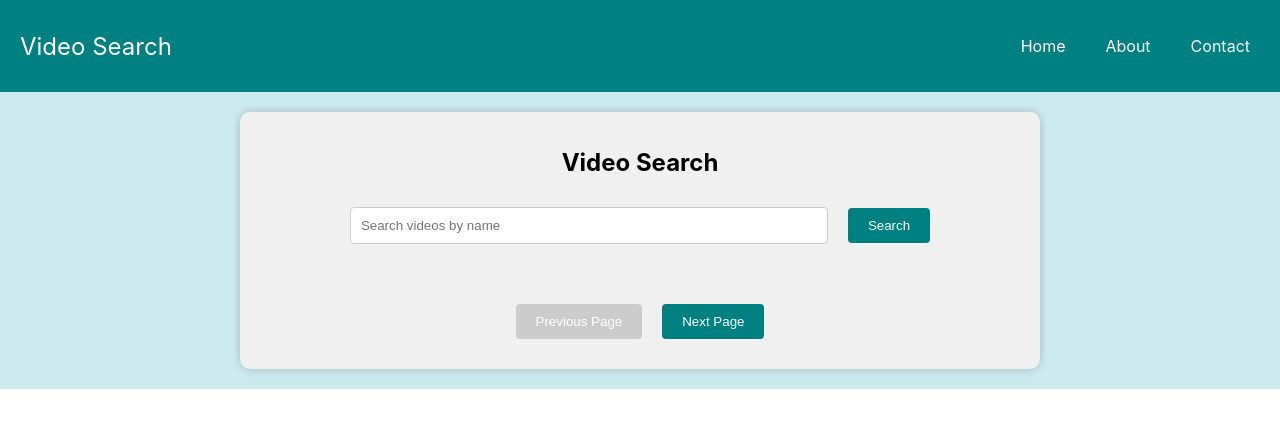
Repository: LolaSL/video-search
Page: /
The author's editor kept a copy of each file at every save. The page is drawn from the files as they stood at one save, then again after a run of saves.
The browser window is 1280 px wide. The pictures show the whole page.
The project was rebuilt for these pictures with package versions that can differ from the ones it lists, and the page was loaded fresh each time.

Above is the page before, as saved 2023-08-12 14:24:28.

### src/App.js
import React from 'react';
import './App.css';
import VideoSearch from './VideoSearch.jsx';
import Navbar from './Navbar.jsx';
import { BrowserRouter as Router } from 'react-router-dom';

function App() {
  return (
    <Router>
      <div className="App">
        <Navbar />
        <div className="container">
          <VideoSearch />
        </div>
      </div>
    </Router>
  );
}

export default App;

### src/App.css
.App {
  text-align: center;
  text-shadow: 1px 1px solid grey;
  background: #cdeaef;
h
}

.container {
  max-width: 800px;
  margin: 0 auto;
  padding: 20px;
}

h1 {
  font-size: 24px;
  margin-bottom: 20px;
}

input[type="text"] {
  padding: 10px;
  width:60%;
  margin: 10px;
  border: 1px solid #ccc;
  border-radius: 4px;
}

.video-search-container {
  max-width: 800px;
  margin: 0 auto;
  padding: 20px;
  background-color: #f0f0f0;
  border-radius: 10px;
  box-shadow: 0 0 10px rgba(0, 0, 0, 0.2);
}

/* Video List */
.video-list {
  display: grid;
  grid-template-columns: repeat(auto-fill, minmax(300px, 1fr));
  gap: 20px;
  margin-top: 20px;
}

/* Video Item */
.video-item {
  background-color: #ffffff;
  border-radius: 10px;
  box-shadow: 0 4px 6px rgba(0, 0, 0, 0.1);
}


.video-container {
  position: relative;
  overflow: hidden;
  padding-top: 56.25%;
}


.video-frame {
  position: absolute;
  top: 0;
  left: 0;
  width: 100%;
  height: 100%;
}

.video-iframe {
  width: 100%;
  height: 100%;
  border: none;
}

button {
  margin: 10px;
  padding: 10px 20px;
  background: teal;
  color: #fff;
  border: none;
  border-radius: 4px;
  cursor: pointer;
}

button:disabled {
  background-color: #ccc;
  cursor: not-allowed;
}

iframe {
  width: 100%;
  height: 415px;
  border: none;
  margin-top: 15px;
}

.video-item {
  margin: 20px 0;
  padding: 20px;
  border: 1px solid #ccc;
  border-radius: 4px;
}

.video-title {
  font-size: 18px;
  margin-bottom: 10px;
}

.pagination {
  margin-top: 20px;
}

.pagination button {
  margin-right: 10px;
}
/* Navbar styles */
.navbar {
  display: flex;
  justify-content: space-between;
  align-items: center;
  padding: 10px 20px;
  background: teal;
  color: white;
}

.navbar-logo {
  font-size: 1.5rem;
}

.nav-toggle {
  display: none;
  background: none;
  border: none;
  color: white;
  font-size: 1rem;
  cursor: pointer;
}

.navbar-nav {
  list-style: none;
  display: flex;
  gap: 20px;
}

.nav-item {
  padding: 10px;
}

.nav-link {
  color: white;
  text-decoration: none;
}

/* Show the navigation links when the navbar is open */
.navbar-nav.open {
  display: flex;
  flex-direction: column;
  position: absolute;
  background-color: #333;
  top: 55px;
  right: 20px;
  z-index: 1000;
}


@media screen and (max-width: 768px) {

  .container {
    padding: 10px;
    margin: 30px;
  }

  input[type="text"] {
    width:80%;
    margin: 20px;
    margin-bottom: 10px;
  }

  button {
    width: 50%;
    margin-bottom: 10px;
  }

  .video-item {
    padding: 10px;
    margin: 10px 20px;
  }

  .pagination {
    text-align: center;
  }
}

### src/VideoSearch.jsx
import React, { useState } from 'react';
import axios from "axios";

const API_KEY = 'AIzaSyAZw_7fp6hzKHZ_UNfC9jRiNJBWZQnTOmM';
const CHANNEL_ID = 'CSgDjZ_Vv8g';
const RESULTS_PER_PAGE = 10;


const VideoSearch = () => {
  const [videos, setVideos] = useState([]);
  const [searchTerm, setSearchTerm] = useState('');
  const [currentPage, setCurrentPage] = useState(1);

  const searchVideos = async () => {
    try {
      const response = await axios.get(
        `https://www.googleapis.com/youtube/v3/search?key=${API_KEY}&channelId=${CHANNEL_ID}&part=snippet,id&type=video&q=${searchTerm}&maxResults=${RESULTS_PER_PAGE}&pageToken=${currentPage > 1 ? videos.length : ''}`
      );

      setVideos(response.data.items);
    } catch (error) {
      console.error('Error fetching videos:', error);
    }
  };

  const handlePageChange = (newPage) => {
    setCurrentPage(newPage);
    searchVideos();
  };

  return (
    <div className="video-search-container">
      <h1>Video Search</h1>
      <input
        type="text"
        placeholder="Search videos by name"
        value={searchTerm}
        onChange={(e) => setSearchTerm(e.target.value)}
      />
      <button onClick={() => handlePageChange(1)}>Search</button>

      <div className="video-list">
        {videos.map((video) => (
          <div key={video.id.videoId} className="video-item">
            <h2>{video.snippet.title}</h2>
            <div className="video-container">
              <div className="video-frame">
                <iframe
                  title={video.snippet.title}
                  src={`https://www.youtube.com/embed/${video.id.videoId}`}
                  className="video-iframe"
                  allowFullScreen
                ></iframe>
              </div>
            </div>
          </div>
        ))}
      </div>

      <div className="pagination">
        <button
          onClick={() => handlePageChange(currentPage - 1)}
          disabled={currentPage === 1}
        >
          Previous Page
        </button>
        <button onClick={() => handlePageChange(currentPage + 1)}>Next Page</button>
      </div>
    </div>
  );
};

export default VideoSearch;

### src/Navbar.jsx
import React, { useState } from 'react';
import { Link } from 'react-router-dom';

const Navbar = () => {
  const [isNavOpen, setIsNavOpen] = useState(false);

  const toggleNav = () => {
    setIsNavOpen(!isNavOpen);
  };

  return (
    <nav className="navbar">
      <div className="navbar-brand">
        <span className="navbar-logo">Video Search</span>
      </div>
      <button className="nav-toggle" onClick={toggleNav}>
        {isNavOpen ? 'Close' : 'Open'}
      </button>
      <ul className={`navbar-nav ${isNavOpen ? 'open' : ''}`}>
        <li className="nav-item">
          <Link to="/" className="nav-link">Home</Link>
        </li>
        <li className="nav-item">
          <Link to="/about" className="nav-link">About</Link>
        </li>
        <li className="nav-item">
          <Link to="/contact" className="nav-link">Contact</Link>
        </li>
      </ul>
    </nav>
  );
};

export default Navbar;

Loaded but not shown: public/index.html (common file); src/index.js (common file); src/index.css (common file); src/reportWebVitals.js (common file)

After the next 2 saves:
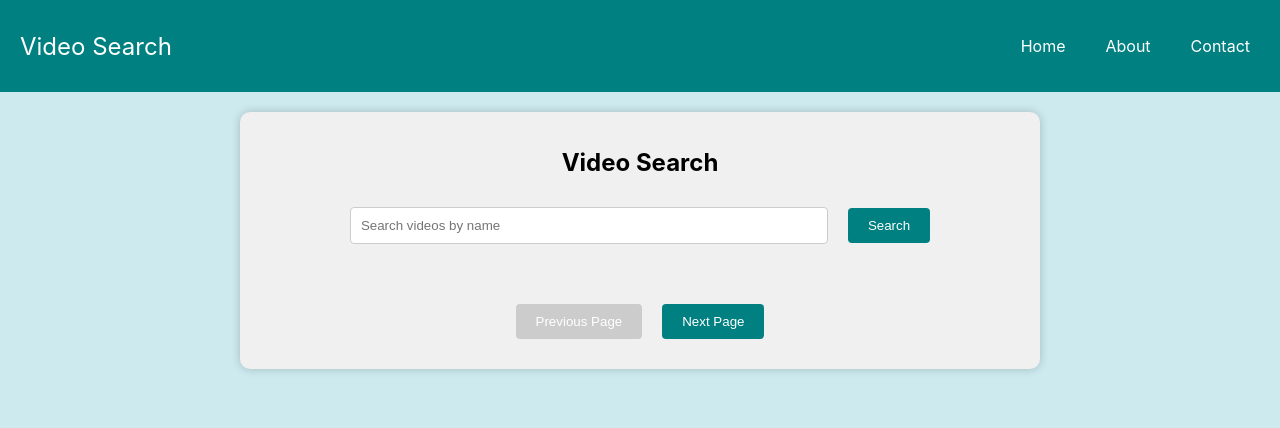
The 2 saves are shown as one change because they came seconds apart.
The last was saved 8 s later.
--- a/src/App.css
+++ b/src/App.css
@@ -2,7 +2,7 @@
   text-align: center;
   text-shadow: 1px 1px solid grey;
   background: #cdeaef;
-h
+height: 100vh;
 }
 
 .container {
